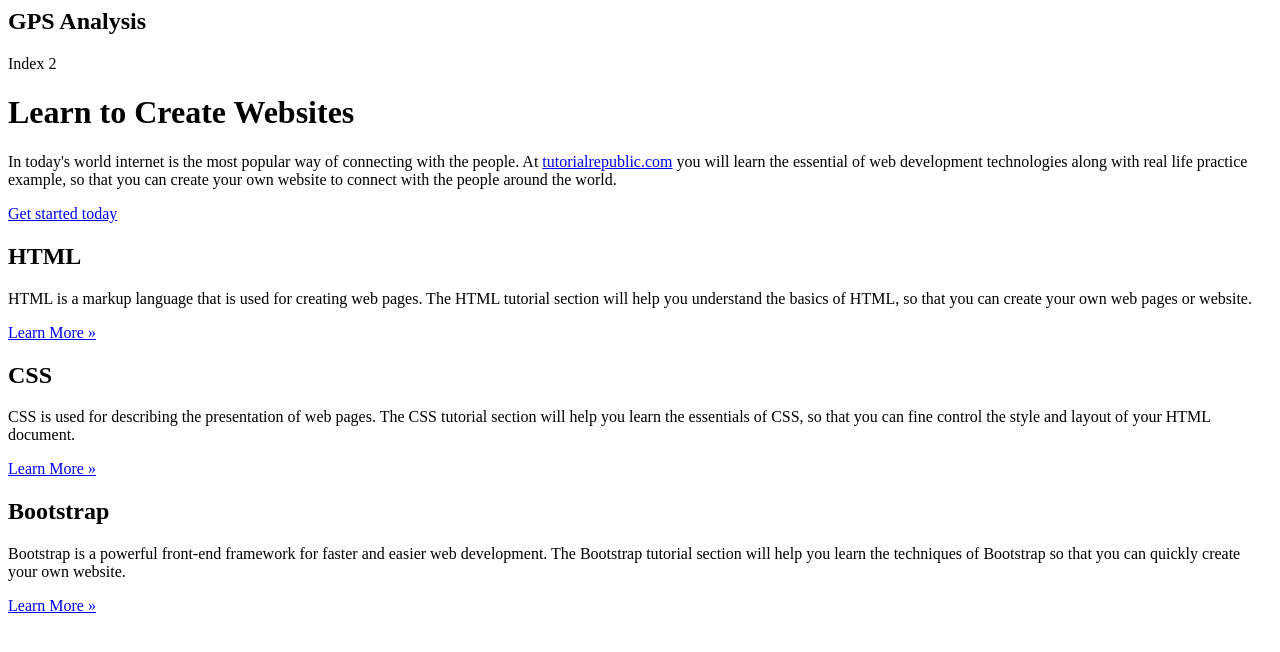
Repository: hanjangchen/Raspberry
Page: prjGAEGPSAnalysis/prjGPSAnalysis/src/static/my_ng_templates/desktop/index_2.html
The author's editor kept a copy of each file at every save. The page is drawn from the files as they stood at one save, then again after the next save.
The browser window is 1280 px wide. The pictures show the whole page.

Above is the page before, as saved 2014-10-17 22:11:34.

### prjGAEGPSAnalysis/prjGPSAnalysis/src/static/my_ng_templates/desktop/index_2.html
<!-- sub-template for index page -->
<div>
	<h2>GPS Analysis</h2>
	<my-index-gps-data>
	<p>Index 2</p>
	</my-index-gps-data>
</div>



<!--  -->
<div class="container-fluid">
	<div class="jumbotron">
		<h1>Learn to Create Websites</h1>
		<p>
			In today's world internet is the most popular way of connecting with
			the people. At <a href="http://www.tutorialrepublic.com"
				target="_blank">tutorialrepublic.com</a> you will learn the
			essential of web development technologies along with real life
			practice example, so that you can create your own website to connect
			with the people around the world.
		</p>
		<p>
			<a href="http://www.tutorialrepublic.com" target="_blank"
				class="btn btn-success btn-lg">Get started today</a>
		</p>
	</div>
	<div class="row">
		<div class="col-xs-4">
			<h2>HTML</h2>
			<p>HTML is a markup language that is used for creating web pages.
				The HTML tutorial section will help you understand the basics of
				HTML, so that you can create your own web pages or website.</p>
			<p>
				<a href="http://www.tutorialrepublic.com/html-tutorial/"
					target="_blank" class="btn btn-success">Learn More &raquo;</a>
			</p>
		</div>
		<div class="col-xs-4">
			<h2>CSS</h2>
			<p>CSS is used for describing the presentation of web pages. The
				CSS tutorial section will help you learn the essentials of CSS, so
				that you can fine control the style and layout of your HTML
				document.</p>
			<p>
				<a href="http://www.tutorialrepublic.com/css-tutorial/"
					target="_blank" class="btn btn-success">Learn More &raquo;</a>
			</p>
		</div>
		<div class="col-xs-4">
			<h2>Bootstrap</h2>
			<p>Bootstrap is a powerful front-end framework for faster and
				easier web development. The Bootstrap tutorial section will help you
				learn the techniques of Bootstrap so that you can quickly create
				your own website.</p>
			<p>
				<a
					href="http://www.tutorialrepublic.com/twitter-bootstrap-tutorial/"
					target="_blank" class="btn btn-success">Learn More &raquo;</a>
			</p>
		</div>
	</div>
</div>

After the next save:
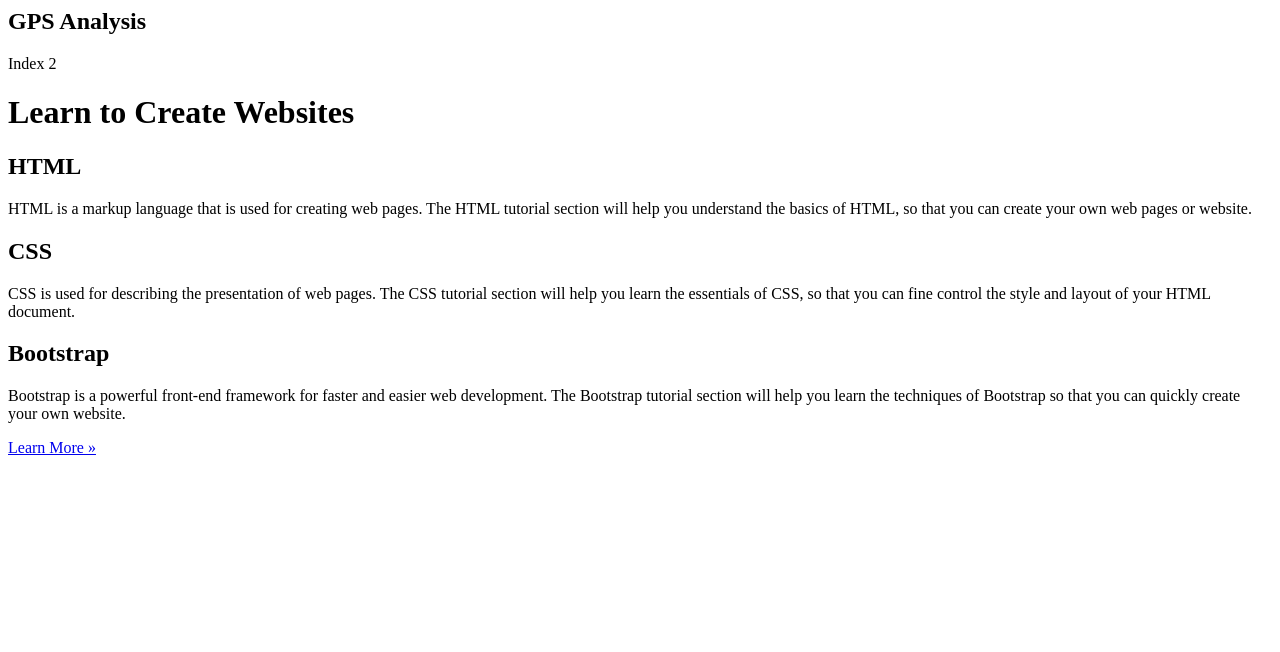
Saved 6 min 22 s later.
--- a/prjGAEGPSAnalysis/prjGPSAnalysis/src/static/my_ng_templates/desktop/index_2.html
+++ b/prjGAEGPSAnalysis/prjGPSAnalysis/src/static/my_ng_templates/desktop/index_2.html
@@ -12,18 +12,6 @@
 <div class="container-fluid">
 	<div class="jumbotron">
 		<h1>Learn to Create Websites</h1>
-		<p>
-			In today's world internet is the most popular way of connecting with
-			the people. At <a href="http://www.tutorialrepublic.com"
-				target="_blank">tutorialrepublic.com</a> you will learn the
-			essential of web development technologies along with real life
-			practice example, so that you can create your own website to connect
-			with the people around the world.
-		</p>
-		<p>
-			<a href="http://www.tutorialrepublic.com" target="_blank"
-				class="btn btn-success btn-lg">Get started today</a>
-		</p>
 	</div>
 	<div class="row">
 		<div class="col-xs-4">
@@ -31,10 +19,6 @@
 			<p>HTML is a markup language that is used for creating web pages.
 				The HTML tutorial section will help you understand the basics of
 				HTML, so that you can create your own web pages or website.</p>
-			<p>
-				<a href="http://www.tutorialrepublic.com/html-tutorial/"
-					target="_blank" class="btn btn-success">Learn More &raquo;</a>
-			</p>
 		</div>
 		<div class="col-xs-4">
 			<h2>CSS</h2>
@@ -42,10 +26,6 @@
 				CSS tutorial section will help you learn the essentials of CSS, so
 				that you can fine control the style and layout of your HTML
 				document.</p>
-			<p>
-				<a href="http://www.tutorialrepublic.com/css-tutorial/"
-					target="_blank" class="btn btn-success">Learn More &raquo;</a>
-			</p>
 		</div>
 		<div class="col-xs-4">
 			<h2>Bootstrap</h2>
